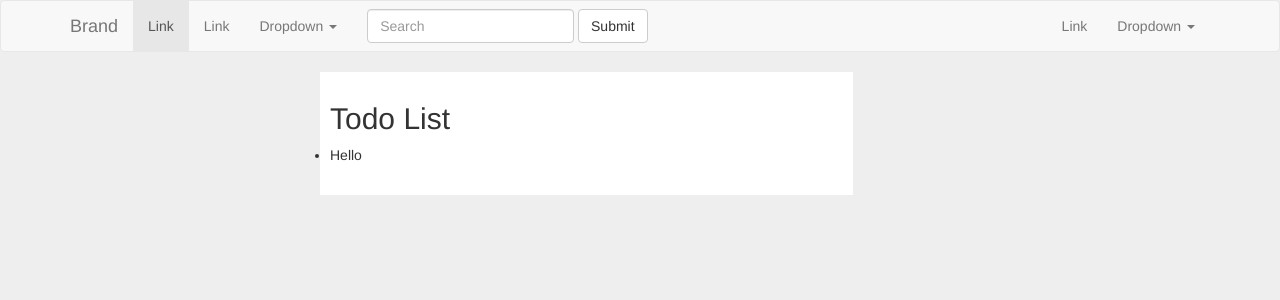
Repository: neoighodaro-articles/migrating-to-laravel
Page: http://localhost/pages/home.php
An editor plug-in stored every save of this project. The page is shown before and after the next save, followed by the edit.
The browser window is 1280 px wide. The pictures show the whole page.
The page is run by PHP 8.4 with error messages shown; the project is at /var/www/html/.

Above is the page before, as saved 2018-06-12 20:00:48.

After the next save:
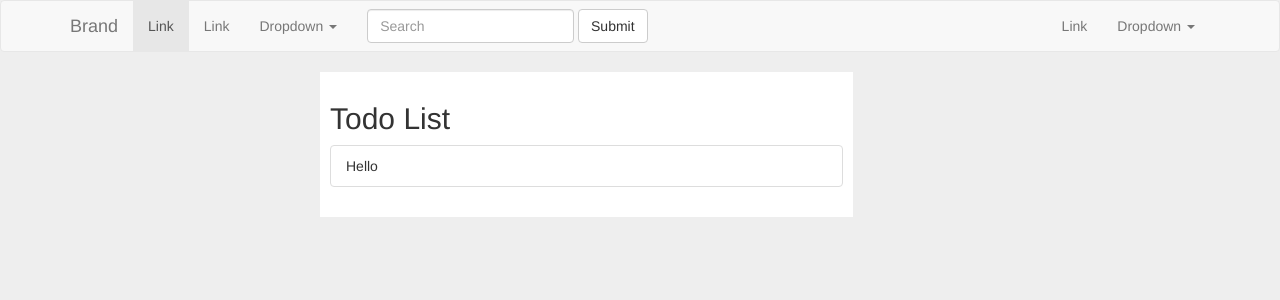
Saved 6 s later.
--- a/vanilla/pages/home.php
+++ b/vanilla/pages/home.php
@@ -71,7 +71,7 @@
   <div class="col-md-5 col-md-offset-3" style="background: #FFF;padding: 10px">
     <h2>Todo List</h2>
     <ul class="list-group">
-      <li class="list-item">
+      <li class="list-group-item">
         Hello
       </li>
     </ul>
